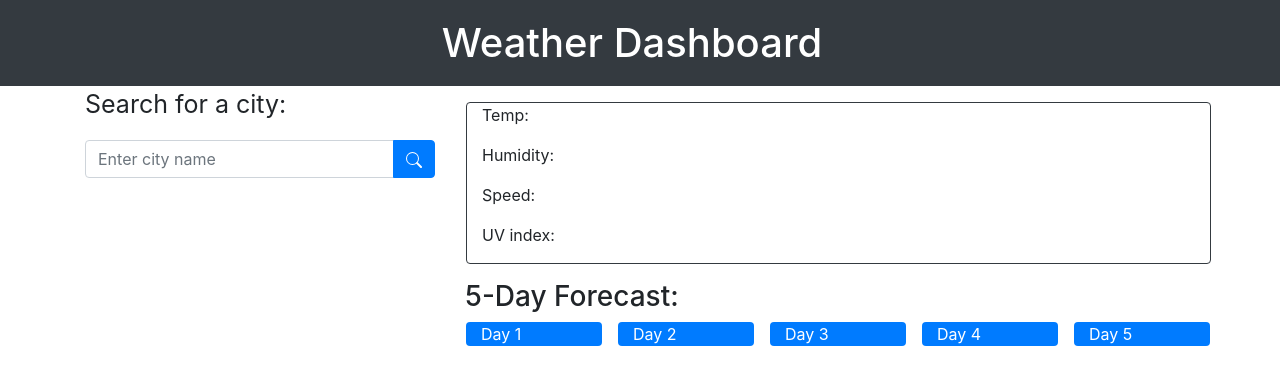
Repository: himaja830/Weather-Dashboard
Page: index.html
The author's editor kept a copy of each file at every save. The page is drawn from the files as they stood at one save, then again after the next save.
The browser window is 1280 px wide. The pictures show the whole page.
Some web libraries are served in a nearby version.

Above is the page before, as saved 2020-06-28 19:31:12.

### index.html
<!DOCTYPE html>
<html lang="en">

<head>
    <meta charset="UTF-8">
    <meta name="viewport" content="width=device-width, initial-scale=1.0">
    <title>Weather Dashboard</title>
    <link rel="stylesheet" href="https://stackpath.bootstrapcdn.com/bootstrap/4.5.0/css/bootstrap.min.css"
        integrity="sha384-9aIt2nRpC12Uk9gS9baDl411NQApFmC26EwAOH8WgZl5MYYxFfc+NcPb1dKGj7Sk" crossorigin="anonymous">
    <link rel="stylesheet" href="assets/style.css">
</head>

<body>
    <nav class="navbar navbar-dark bg-dark">
        <span class="navbar-brand mb-0 h1 w-100 text-center">Weather Dashboard</span>
    </nav>
    <div class="container">
        <div class="row">
            <div class="col-4">
                <p class="searchHeader">Search for a city:</p>
                <div class="input-group mb-3">
                    <input id="city-input" type="text" class="form-control" placeholder="Enter city name"
                        aria-label="Enter city name">
                    <div class="input-group-append">
                        <button class="btn btn-primary" type="button" id="button-addon2">
                            <svg width="1em" height="1em" viewBox="0 0 16 16" class="bi bi-search" fill="currentColor"
                                xmlns="http://www.w3.org/2000/svg">
                                <path fill-rule="evenodd"
                                    d="M10.442 10.442a1 1 0 0 1 1.415 0l3.85 3.85a1 1 0 0 1-1.414 1.415l-3.85-3.85a1 1 0 0 1 0-1.415z" />
                                <path fill-rule="evenodd"
                                    d="M6.5 12a5.5 5.5 0 1 0 0-11 5.5 5.5 0 0 0 0 11zM13 6.5a6.5 6.5 0 1 1-13 0 6.5 6.5 0 0 1 13 0z" />
                            </svg>
                        </button>
                    </div>
                </div>
                <form id="searchHistory"></form>
            </div>
            <div class="col-8">
                <div class="row mr-0">
                    <div class="col-12 border border-dark m-3 rounded">
                        <div class="row">
                            <div class="col-12">
                                <span id="city-name" class="city-name align-middle"></span>
                             </div>
                        </div>
                        <div class="row">
                            <div class="col-12">
                                <p id="temperature">Temp:</p>
                            </div>
                        </div>
                        <div class="row">
                            <div class="col-12">
                                <p id="humidity">Humidity:</p>
                            </div>
                        </div>
                        <div class="row">
                            <div class="col-12">
                                <p id="wind-speed">Speed:</p>
                            </div>
                        </div>
                        <div class="row">
                            <div class="col-12 d-flex">
                                <p id="UV-index">UV index:</p>
                            </div>
                        </div>
                    </div>
                </div>
                <div class="row">
                    <div class="col-12">
                        <h3>5-Day Forecast:</h3>
                    </div>
                </div>
                <div class="row">
                    <div class="col forecast bg-primary text-white ml-3 mb-3 rounded"> Day 1</div>
                    <div class="col forecast bg-primary text-white ml-3 mb-3 rounded">Day 2</div>
                    <div class="col forecast bg-primary text-white ml-3 mb-3 rounded">Day 3</div>
                    <div class="col forecast bg-primary text-white ml-3 mb-3 rounded">Day 4</div>
                    <div class="col forecast bg-primary text-white ml-3 mb-3 rounded">Day 5</div>
                </div>
            </div>
        </div>
    </div>
    <script src="https://cdnjs.cloudflare.com/ajax/libs/jquery/3.2.1/jquery.min.js"></script>
    <script src="assets/script.js"></script>
</body>

</html>

### assets/style.css
.navbar-brand{
    font-size:40px;
}
.searchHeader{
    font-size: 25px;
}

### assets/script.js
$(document).ready(function(){
//getWeatherData function re-renders the HTMLto display the appropriate content
$("#button-addon2").on("click",function(event) {
    event.preventDefault();
var cityName = $("#city-input").val();
var apiKey = "5f584dea4905bdcfd827fd723b8f4edf";
var queryURL = "https://api.openweathermap.org/data/2.5/weather?q=" +cityName+"&units=imperial&appid=" + apiKey;
//Creating an AJAX call forthe specific search button being clicked
$.ajax({
    url: queryURL,
    method: "GET"
}).then(function(response){
    $("#city-name").html("<h1>"+response.name+"</h1>");








})




    })
})

After the next save:
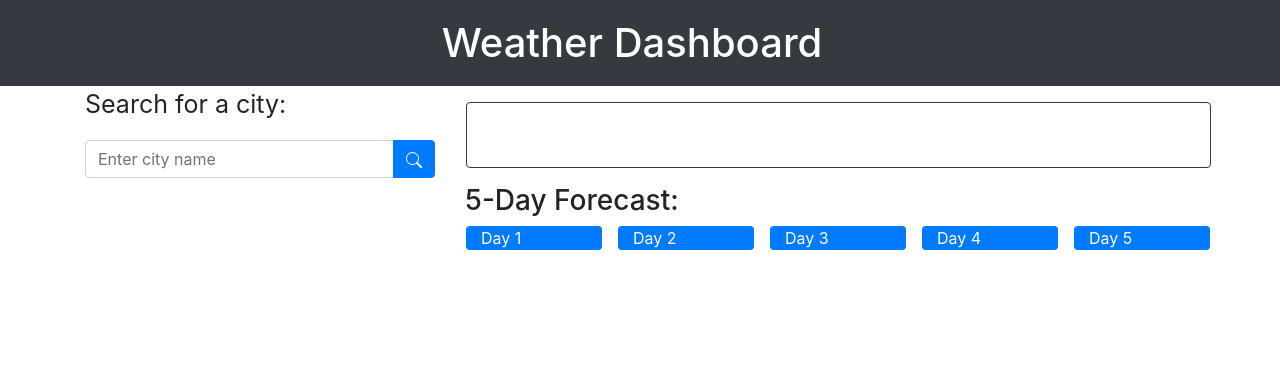
Saved 51 s later.
--- a/index.html
+++ b/index.html
@@ -45,22 +45,22 @@
                         </div>
                         <div class="row">
                             <div class="col-12">
-                                <p id="temperature">Temp:</p>
+                                <p id="temperature"></p>
                             </div>
                         </div>
                         <div class="row">
                             <div class="col-12">
-                                <p id="humidity">Humidity:</p>
+                                <p id="humidity"></p>
                             </div>
                         </div>
                         <div class="row">
                             <div class="col-12">
-                                <p id="wind-speed">Speed:</p>
+                                <p id="wind-speed"></p>
                             </div>
                         </div>
                         <div class="row">
                             <div class="col-12 d-flex">
-                                <p id="UV-index">UV index:</p>
+                                <p id="UV-index"></p>
                             </div>
                         </div>
                     </div>
